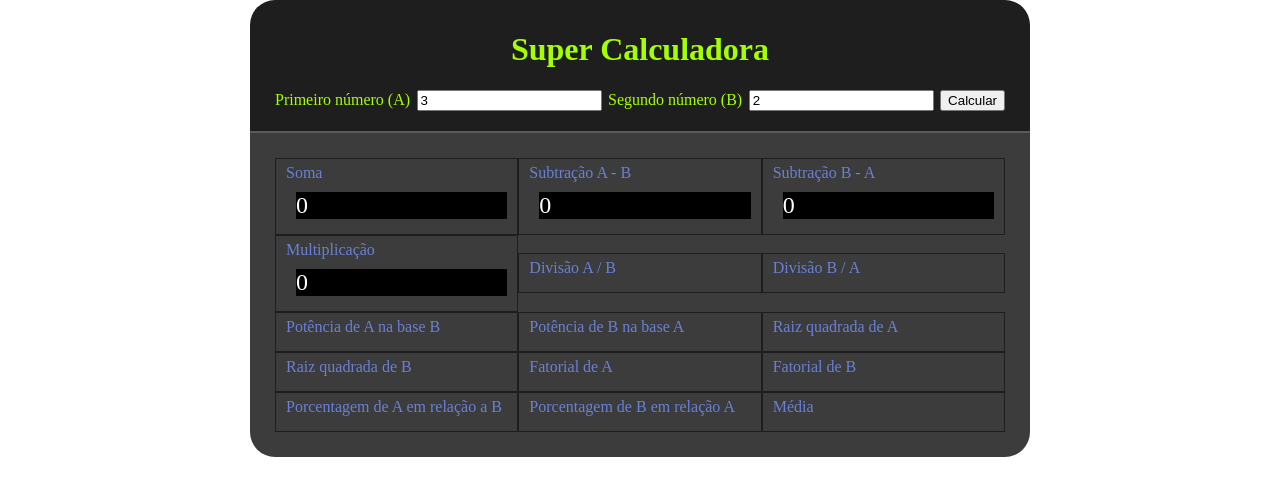
Repository: rrresck/supercalc-xpe
Page: index.html
An editor plug-in stored every save of this project. The page is shown before and after the next save, followed by the edit.
The browser window is 1280 px wide. The pictures show the whole page.

Above is the page before, as saved 2023-02-10 21:00:14.
Console error: TypeError: Cannot set properties of null (setting 'innerHTML')

After the next save:
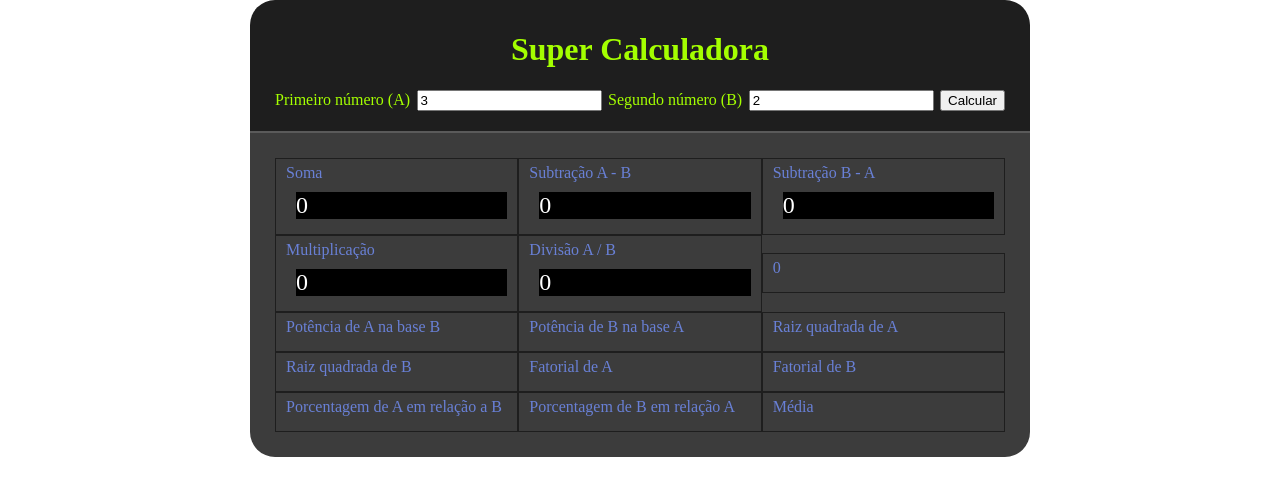
Saved 45 s later.
--- a/index.html
+++ b/index.html
@@ -40,11 +40,11 @@
             </div>
             <div class="calculus">
                 <p id="divisionALabel">Divisão A / B</p>
-                <p class="result" id="divisionARes"></p>
+                <p class="result" id="divisionA"></p>
             </div>
             <div class="calculus">
                 <p id="divisionB">Divisão B / A</p>
-                <p class="result" id="divisionBRes"></p>
+                <p class="result" id="divisionB"></p>
             </div>
         </div>
         <div class="flex">
